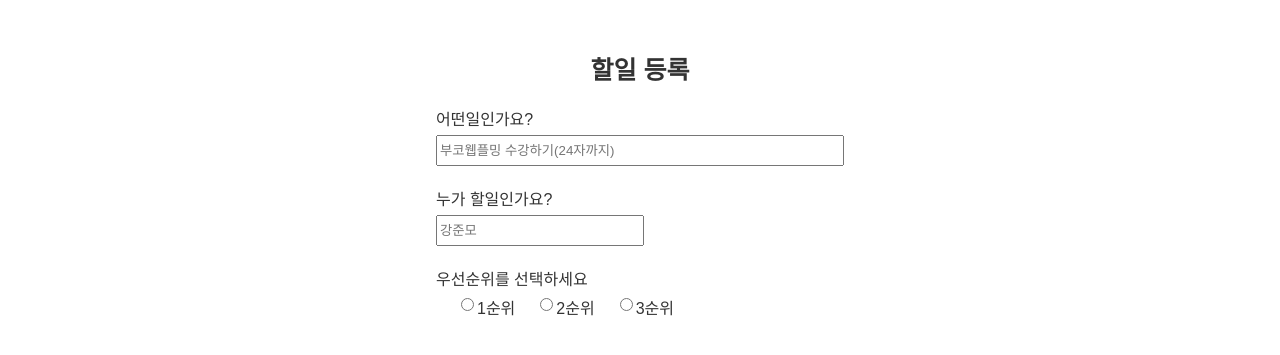
Repository: JmKanmo/BoostCourse_WebProgramming
Page: http://localhost/Todo/TodoFormServlet
These files come from the project's save history. The page is drawn as it stood at one moment and after the next save; the edit follows.
The browser window is 1280 px wide. The pictures show the whole page.
The page is served by Tomcat 9. Other server files are loaded and not shown.

Above is the page before, as saved 2020-01-21 00:04:25.

### Todo/src/main/webapp/todoForm.jsp
<%@ page language="java" contentType="text/html; charset=UTF-8"
	pageEncoding="UTF-8"%>
<!DOCTYPE html>
<html>
<head>
<meta charset="UTF-8">
<title>Insert title here</title>
<link rel="stylesheet" href="./css/todoForm.css">
</head>

<body>
	<div class="wrap">
		<form action="">
			<h1 class="title">할일 등록</h1>

			<div class="work_box">
				<label for="work">어떤일인가요?</label> <input type="text" id="work"
					class="workInput" placeholder="부코웹플밍 수강하기(24자까지)" required />
			</div>

			<div class="who_box">
				<label for="who">누가 할일인가요?</label> <input type="text" id="who"
					class="whoInput" placeholder="강준모" required />
			</div>

			<div class="priority_box clear_fix">
				<label for="priority_1th">우선순위를 선택하세요</label>

				<div class="priority clear_fix">
					<input type="radio" id="priority_1th" name="priority" value="1th">
					<label for="priority_1th">1순위</label>
				</div>

				<div class="priority clear_fix">
					<input type="radio" id="priority_2th" name="priority" value="2th">
					<label for="priority_2th">2순위</label>
				</div>

				<div class="priority clear_fix">
					<input type="radio" id="priority_3th" name="priority" value="3th">
					<label for="priority_3th">3순위</label>
				</div>
			</div>


		</form>
	</div>
</body>
</html>

### Todo/src/main/java/Todo/TodoFormServlet.java
package Todo;

import java.io.IOException;

import javax.servlet.RequestDispatcher;
import javax.servlet.ServletException;
import javax.servlet.annotation.WebServlet;
import javax.servlet.http.HttpServlet;
import javax.servlet.http.HttpServletRequest;
import javax.servlet.http.HttpServletResponse;

/**
 * Servlet implementation class TodoFormServlet
 */
@WebServlet("/TodoFormServlet")
public class TodoFormServlet extends HttpServlet {
	private static final long serialVersionUID = 1L;

	/**
	 * @see HttpServlet#HttpServlet()
	 */
	public TodoFormServlet() {
		super();
		// TODO Auto-generated constructor stub
	}

	/**
	 * @see HttpServlet#doGet(HttpServletRequest request, HttpServletResponse
	 *      response)
	 */
	protected void doGet(HttpServletRequest request, HttpServletResponse response)
			throws ServletException, IOException {
		// TODO Auto-generated method stub
		RequestDispatcher requestDispatcher = getServletContext().getRequestDispatcher("/todoForm.jsp");
		requestDispatcher.forward(request, response);
	}

}

### Todo/src/main/webapp/css/todoForm.css
@charset "utf-8";

/* 초기화 */
html, body, h1, h2, h3, ul, ol, p, a, dl, dt, dd, figure {
	margin: 0;
	padding: 0;
	font-family: '나눔 고딕', NanumGothic, '돋움', Dotum, sans-serif;
	list-style: none;
	font-weight: normal;
	text-decoration: none;
	outline: none;
	color: #333;
}

.clear_fix::after {
	display: block;
	content: "";
	clear: both;
}

.blind {
	position: absolute;
	clip: rect(0, 0, 0, 0);
	width: 1px;
	height: 1px;
	margin: -1px;
	overflow: hidden;
}

.wrap {
	width: max-content;
	margin: 50px auto;
}

.wrap .title {
	font-size: 25px;
	text-align: center;
	font-weight: bold;
	text-align: center;
}

.work_box, .who_box, .priority_box {
	margin-top: 20px;
}

.work_box input {
	width: 400px;
	height: 25px;
	margin-top: 5px;
}

.wrap label {
	display: block;
}

.who_box input {
	margin-top: 5px; height : 25px;
	width: 200px;
	height: 25px;
}

.priority_box .priority {
	margin-top: 5px;
	float: left;
}

.priority label, .priority input {
	float: left;
}

.priority:nth-child(n+2) {
	margin-left: 20px;
}

After the next save:
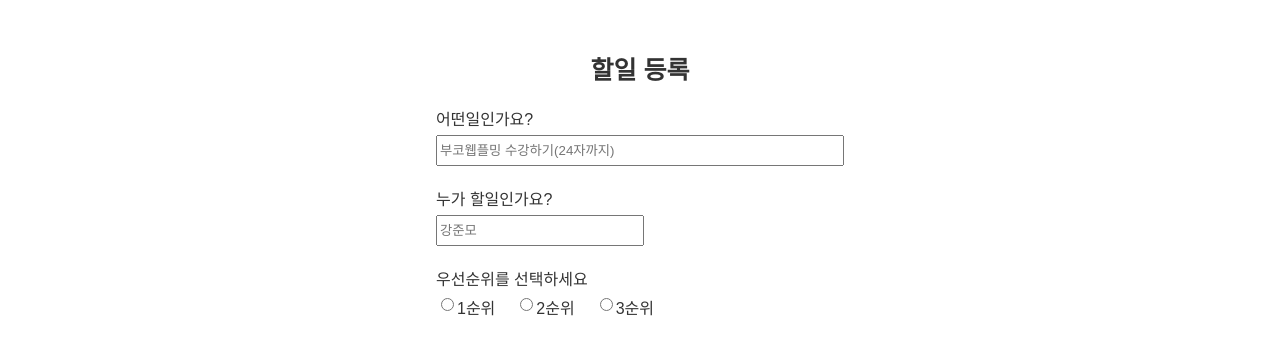
Saved 51 s later.
--- a/Todo/src/main/webapp/css/todoForm.css
+++ b/Todo/src/main/webapp/css/todoForm.css
@@ -68,6 +68,6 @@ html, body, h1, h2, h3, ul, ol, p, a, dl, dt, dd, figure {
 	float: left;
 }
 
-.priority:nth-child(n+2) {
+.priority:nth-child(n+3) {
 	margin-left: 20px;
 }
